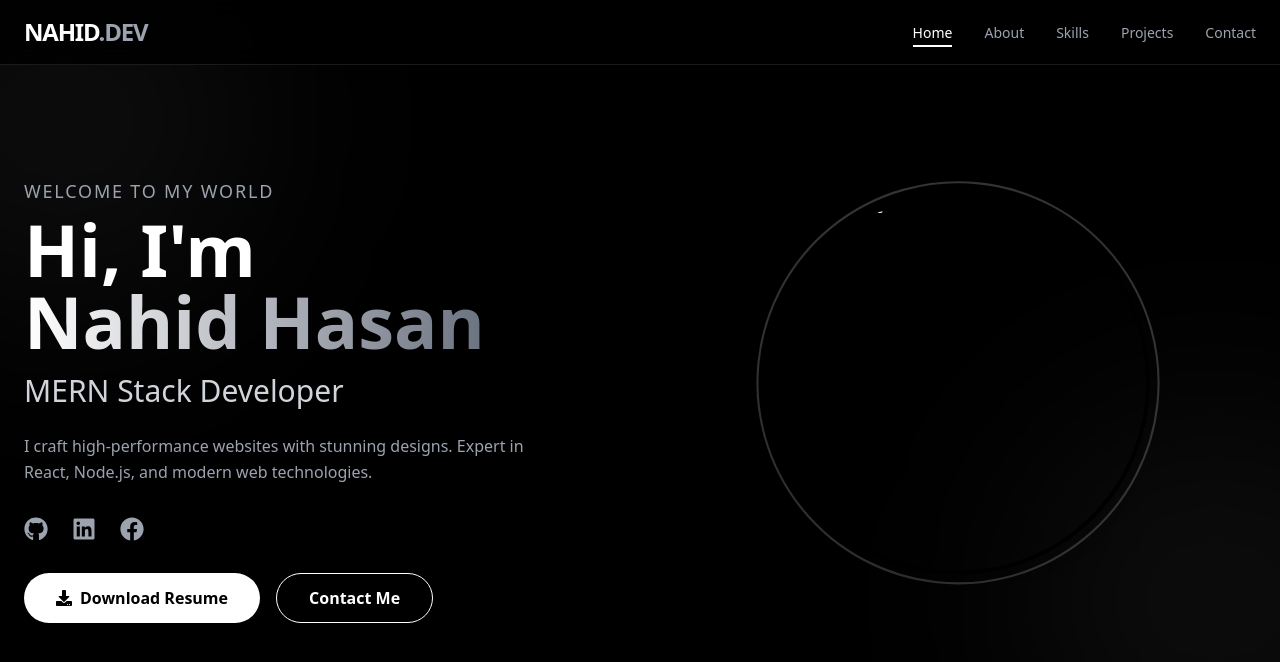
Repository: nahid-hasann/portfolio
Page: /
These files come from the project's save history. The page is drawn as it stood at one moment and after a run of saves; the edit follows.
The browser window is 1280 px wide. The pictures show the whole page.
The project was rebuilt for these pictures with package versions that can differ from the ones it lists, and the page was loaded fresh each time. Also part of the build but not shown: vite.config.js.

Above is the page before, as saved 2026-01-05 15:07:30.

After the next 3 saves:
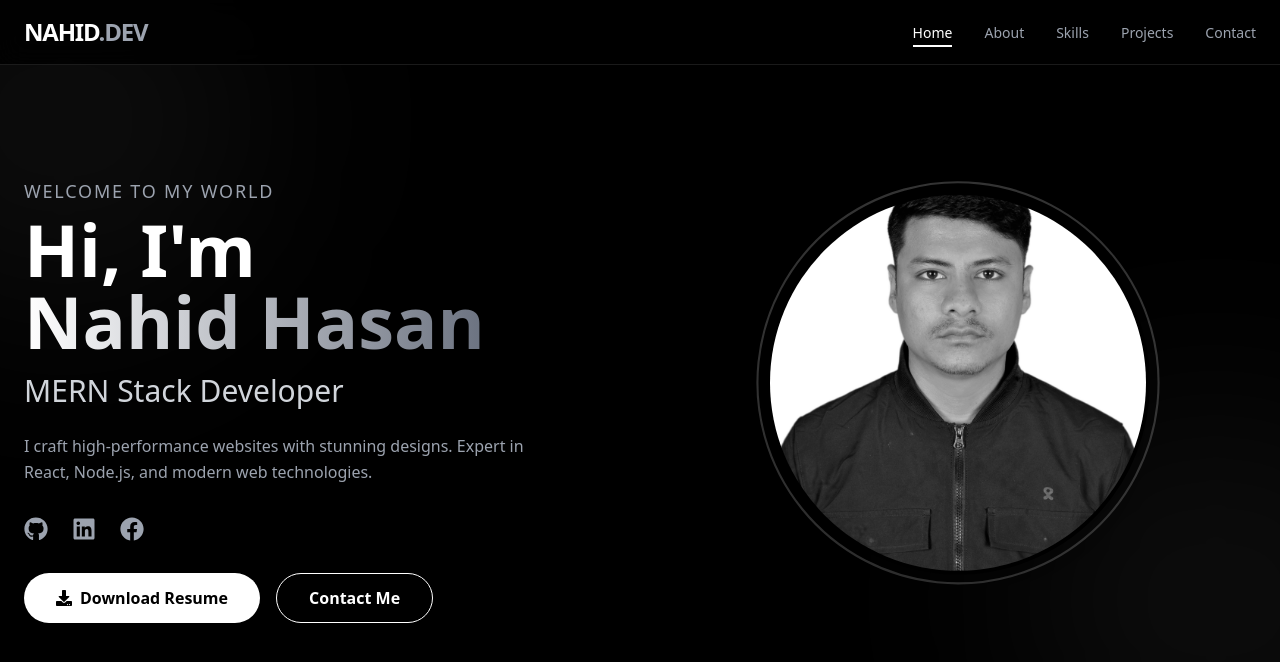
The 3 saves are shown as one change because they came seconds apart.
The last was saved 11 s later.
--- a/src/component/Hero.jsx
+++ b/src/component/Hero.jsx
@@ -100,7 +100,7 @@ const Hero = () => {
 
 
                         <img
-                            src="/"
+                            src="/public/193213-.jpg"
                             alt="Nahid Profile"
                             className="w-full h-full object-cover rounded-full shadow-2xl border-4 border-black grayscale hover:grayscale-0 transition duration-500"
                         />
